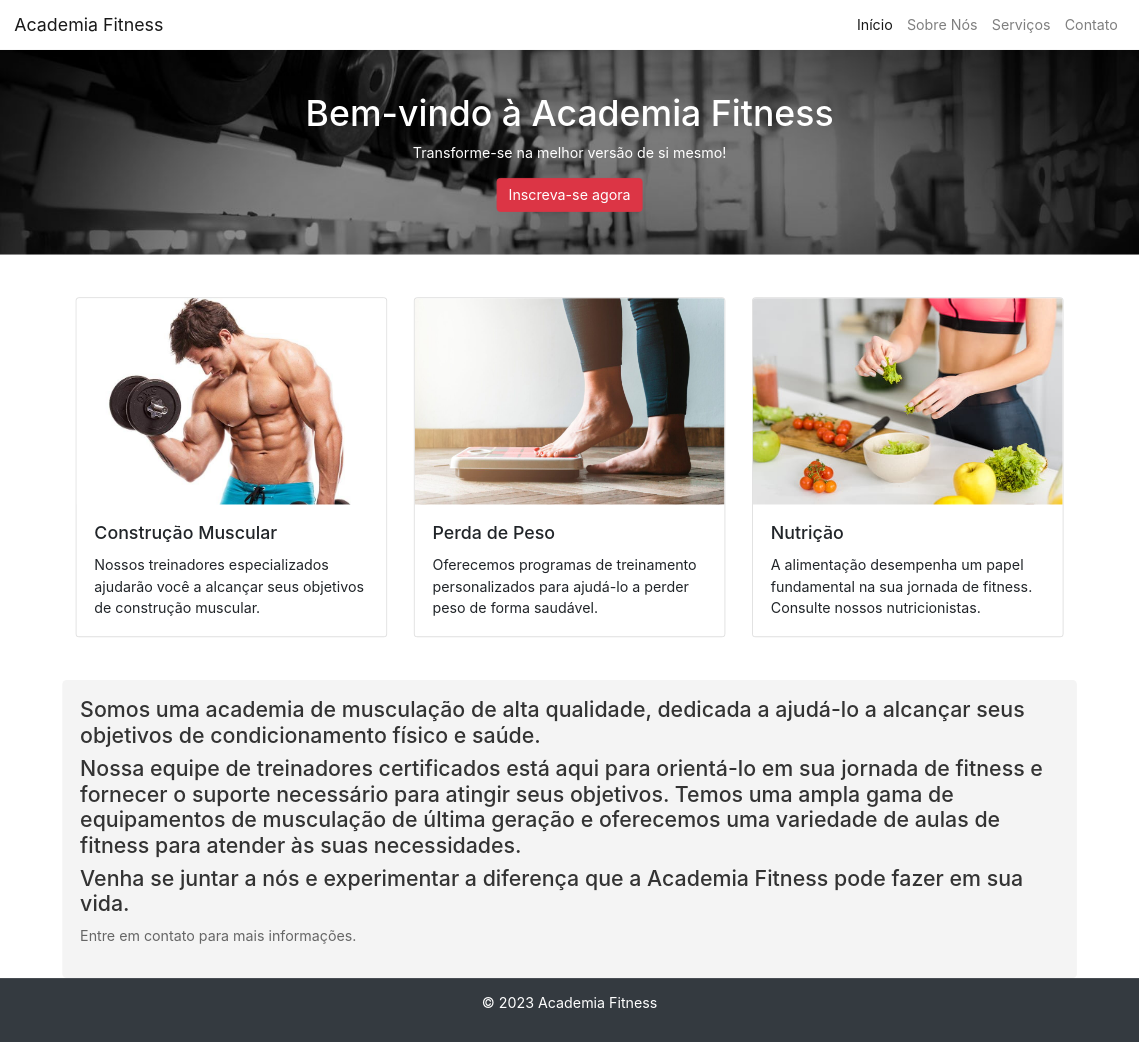
Repository: 01nethy/pratica14
Page: index.html
An editor plug-in stored every save of this project. The page is shown before and after the next save, followed by the edit.
The browser window is 1280 px wide. The pictures show the whole page, at 89% of full size.

Above is the page before, as saved 2023-09-08 00:09:30.

After the next save:
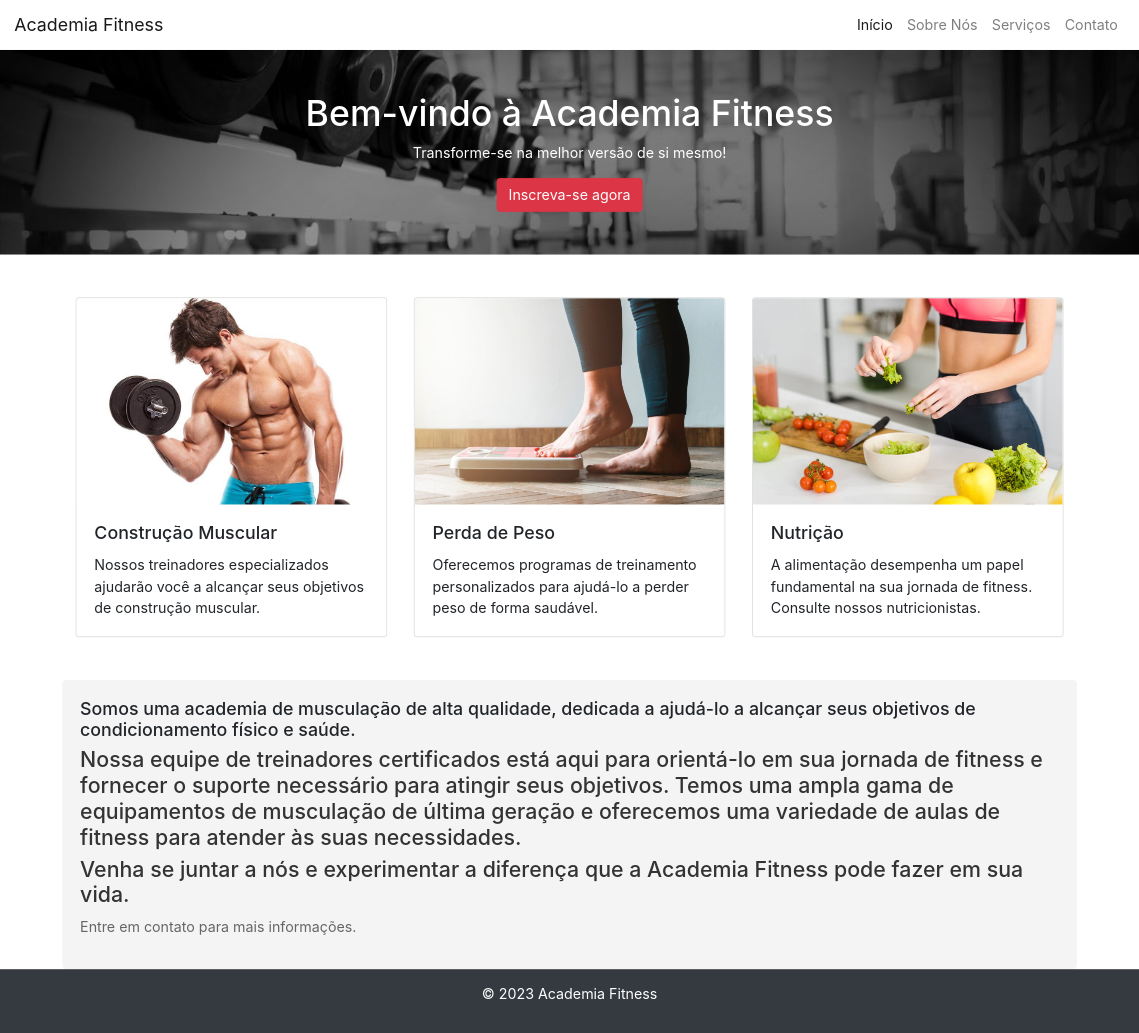
Saved 29 s later.
--- a/index.html
+++ b/index.html
@@ -74,13 +74,11 @@
 </section>
 
 <div class="container mt-5 info">
-    <h2>Somos uma academia de musculação de alta qualidade, dedicada a ajudá-lo a alcançar seus objetivos de condicionamento físico e saúde.</h2>
+    <h5>Somos uma academia de musculação de alta qualidade, dedicada a ajudá-lo a alcançar seus objetivos de condicionamento físico e saúde.</h5>
     <h2>Nossa equipe de treinadores certificados está aqui para orientá-lo em sua jornada de fitness e fornecer o suporte necessário para atingir seus objetivos. Temos uma ampla gama de equipamentos de musculação de última geração e oferecemos uma variedade de aulas de fitness para atender às suas necessidades.</h2>
     <h2>Venha se juntar a nós e experimentar a diferença que a Academia Fitness pode fazer em sua vida.</h2>
     <p>Entre em contato para mais informações.</p>
 </div>
-
-
 
 <!-- Rodapé -->
 <footer class="bg-dark text-white text-center py-3">
